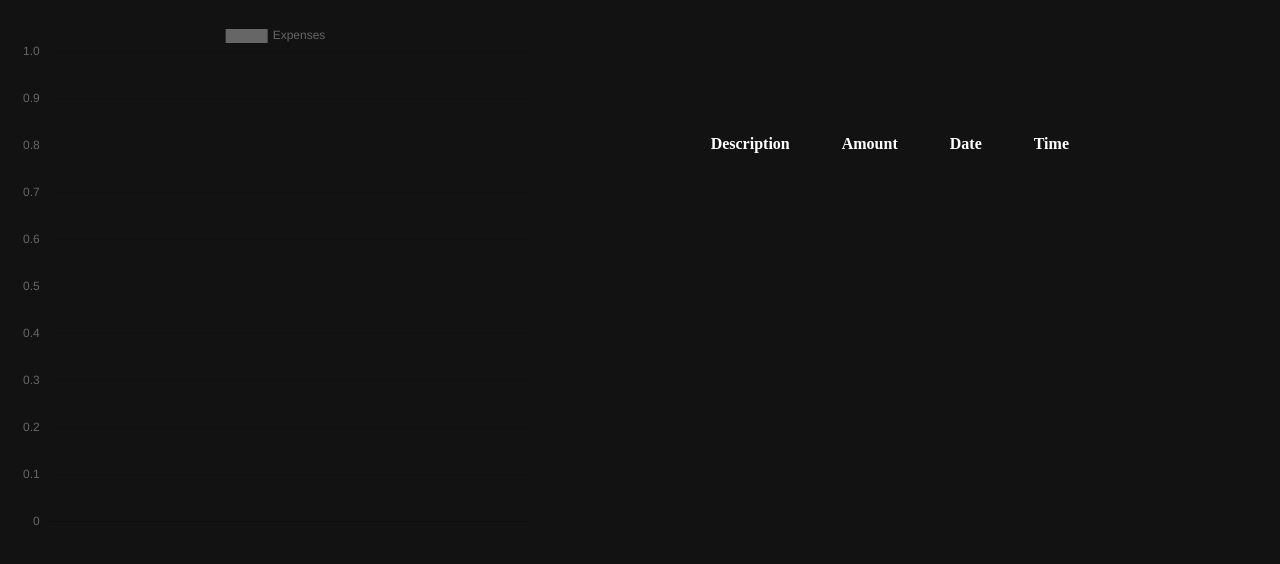
Repository: sarthak-tyagi123/expensetracker12
Page: http://localhost/food_insights
The author's editor kept a copy of each file at every save. The page is drawn from the files as they stood at one save, then again after a run of saves.
The browser window is 1280 px wide. The pictures show the whole page.
The page is served by the project's Node server (app.js).

Above is the page before, as saved 2025-07-01 16:32:42.

### views/food_insights.ejs
<!DOCTYPE html>
<html lang="en">
<head>
    <meta charset="UTF-8">
    <meta name="viewport" content="width=device-width, initial-scale=1.0">
    <title>Food Insights</title>
    <style>


    body{

      margin: 0;
      padding: 0;
      background-color: #121212;
    }


      .span_box{
      display: flex;
      justify-content: center;
      align-items: center;
      height: 40%;
      width: 40%;
      margin: 20px;


    }


.span2 {
  position: absolute;
  top:100px;
  right:170px;
  padding: 15px;
  color: white;

}

table {
  color: white;
  width: 100%;
  border-collapse: collapse;
}

th, td {
  padding: 20px 26px;
  text-align: center;

}


    </style>
</head>
<body>


<span class="span_box">


<canvas id="myChart" width="400px" height="400px"></canvas>


<script src="https://cdn.jsdelivr.net/npm/chart.js"></script>

<script>
  const labels = <%- JSON.stringify(data.map(e => e.description)) %>;
  const amounts = <%- JSON.stringify(data.map(e => Number(e.amount))) %>;

  function getRandomColor(opacity = 0.6) {
    const r = Math.floor(Math.random() * 256);
    const g = Math.floor(Math.random() * 256);
    const b = Math.floor(Math.random() * 256);
    return `rgba(${r}, ${g}, ${b}, ${opacity})`;
  }

  // Generate random background and border colors for each bar
  const backgroundColors = amounts.map(() => getRandomColor(0.6));
  const borderColors = backgroundColors.map(bg => bg.replace(/[\d\.]+\)$/g, '1)'));


  const ctx = document.getElementById('myChart');




  new Chart(ctx, {
    type: 'bar',
    data: {
      labels: labels,
      datasets: [{
        label: 'Expenses',
        data: amounts,
        backgroundColor: backgroundColors,
        borderColor: borderColors,
        borderWidth: 2
      }]
    },
    options: {
      responsive: true,
      scales: {
        y: {
          beginAtZero: true
        }
      }
    }
  });
</script>
 </span>


 <span class="span2">
<table>
  <tr>
    <th>Description</th>
    <th>Amount</th>
    <th>Date</th>
    <th>Time</th>
  </tr>
  <% for(let item of data) { %>
    <tr>
      <td><%= item.description %></td>
      <td><%= item.amount %></td>
      <td><%= item.date %></td>
      <td><%= item.time %></td>
    </tr>
  <% } %>
</table>

</span>
</body>
</html>

### app.js
let express=require("express");
let app=express();
app.use(express.urlencoded({ extended: true }));
app.set("view engine",'ejs');

const path=require("path");
app.use(express.static(path.join(__dirname, 'public')));


app.get("/",function(req,res){
    res.render("home.ejs");
})


const transaction_data=[];
app.post("/transactions",function(req,res){
    const {date,time,amount,category,description } = req.body;
    transaction_data.push({date,time,amount,category,description});
    res.render("transactions.ejs",{data:transaction_data || []});
})

// to get the data from transaction page to insights(category)

app.get("/insights", function (req, res) {

  let categoryAmount_result = {};

  for (let txn of transaction_data) {
    let category = txn.category;
    let amount = parseFloat(txn.amount);

    if (categoryAmount_result [category]) {
      categoryAmount_result [category] += amount;
    } else {
      categoryAmount_result [category] = amount;
    }
  }

  res.render("insights.ejs", { data: categoryAmount_result ,});
});





// to get the data from transaction page to food_insights

app.get("/food_insights", function(req, res) {
  let foodData = [];

  for (let txn of transaction_data) {
    if (txn.category.toLowerCase() === 'food') {
      foodData.push({
        description: txn.description,
        amount: parseFloat(txn.amount),
        date: txn.date,
        time: txn.time
      });
    }
  }

  res.render("food_insights.ejs", { data: foodData });
});





app.listen(3000);

After the next 2 saves:
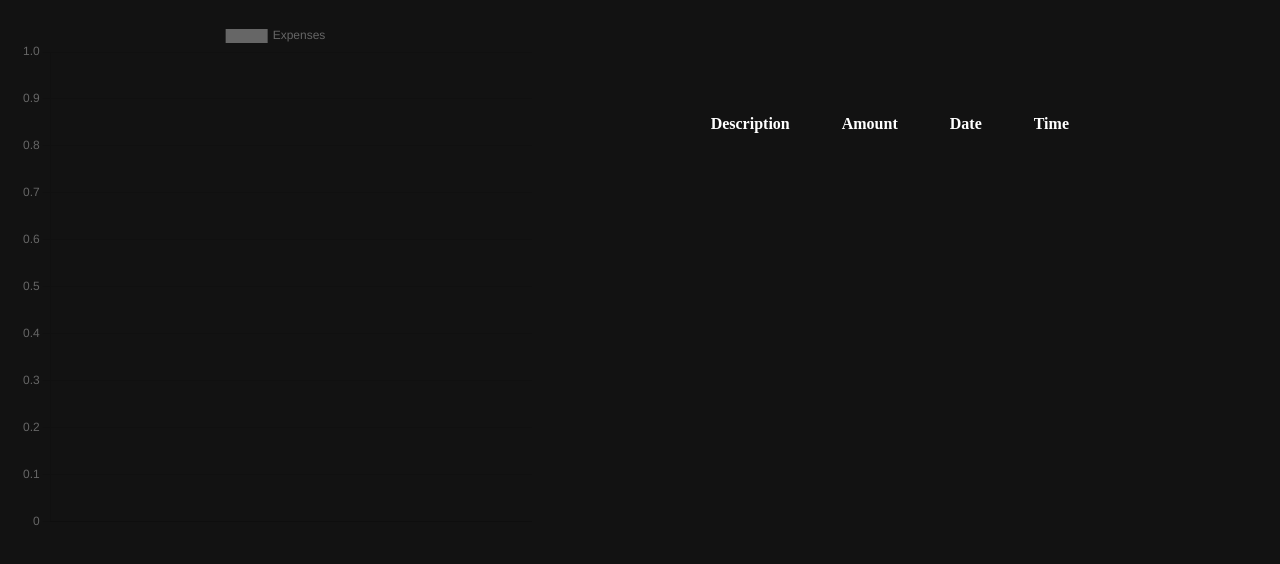
The 2 saves are shown as one change because they came seconds apart.
The last was saved 27 s later.
--- a/views/food_insights.ejs
+++ b/views/food_insights.ejs
@@ -29,7 +29,7 @@
 
 .span2 {
   position: absolute;
-  top:100px;
+  top:80px;
   right:170px;
   padding: 15px;
   color: white;
